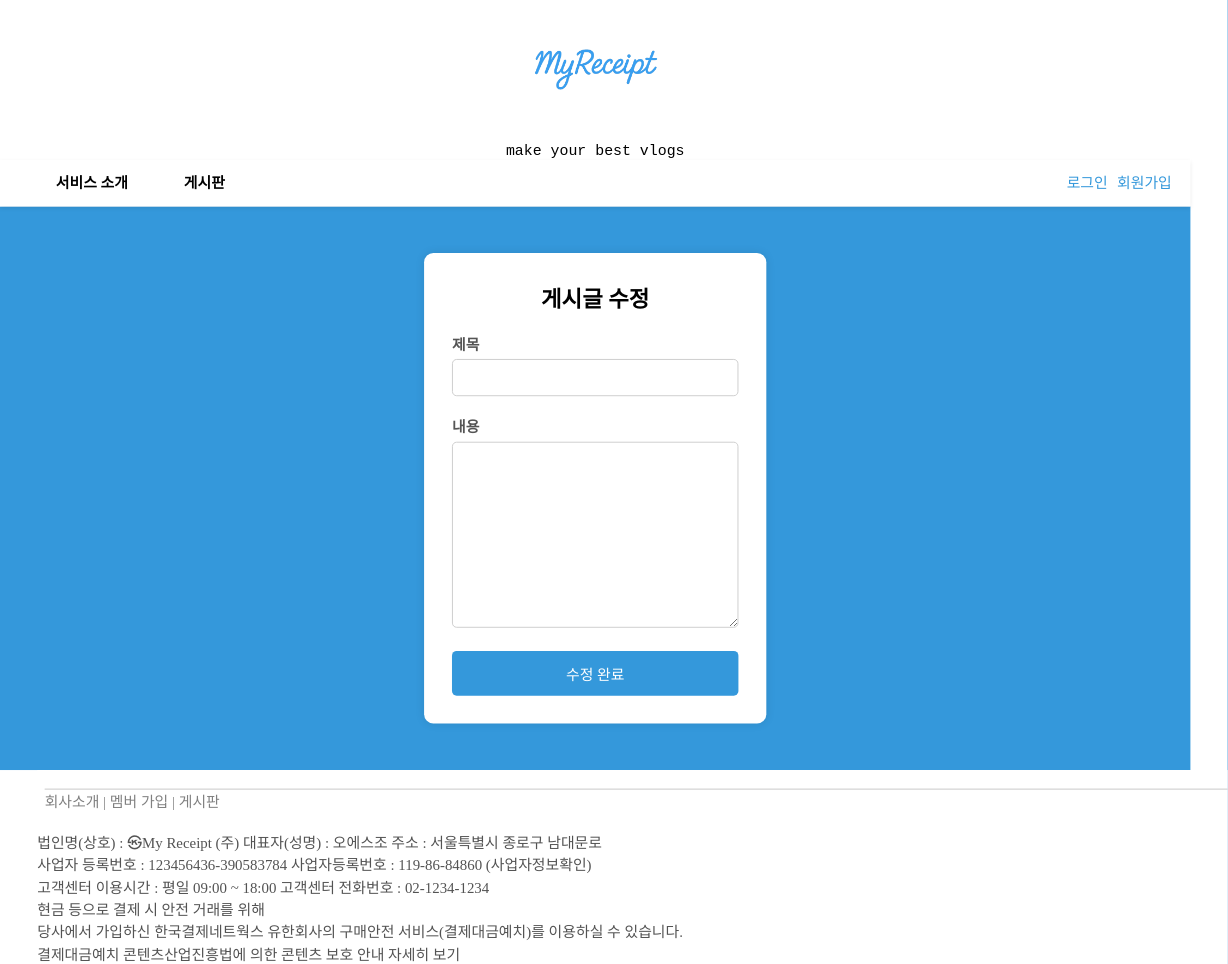
Repository: shong69/mini-project
Page: http://localhost/myReceipt2/WEB-INF/views/update.jsp
These files come from the project's save history. The page is drawn as it stood at one moment and after the next save; the edit follows.
The browser window is 1280 px wide. The page is 1320 px wide, so the pictures cover 1320 px, including what lies to the right of the window. The pictures show the whole page, at 93% of full size.
Some web fonts or font styles are not loaded; a fallback is used. The page is served by Tomcat 10. Nobody is signed in. The template is opened directly, without the code that normally fills it, so the values that code supplies are empty.

Above is the page before, as saved 2025-05-06 20:08:06.

After the next save:
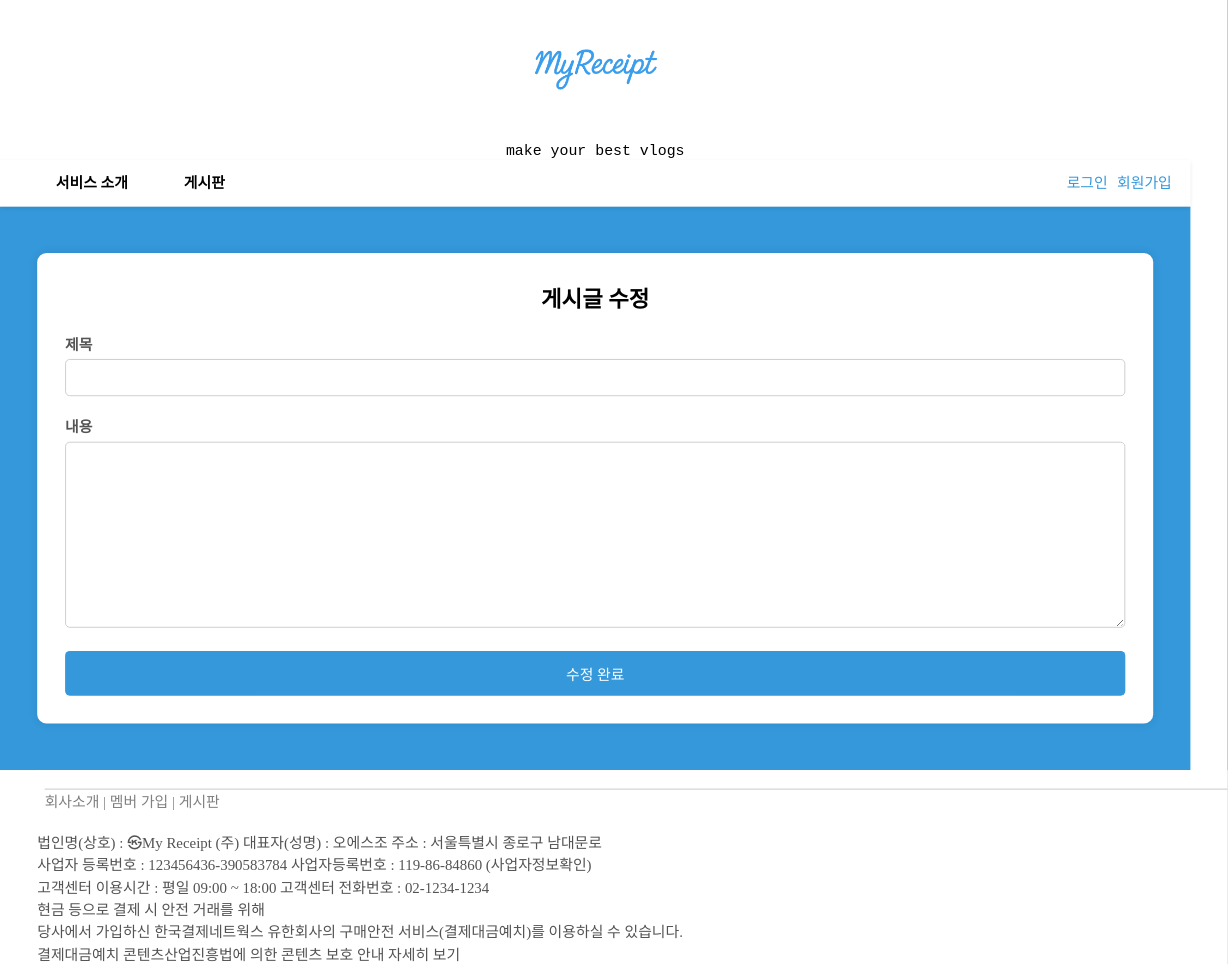
Saved 21 s later.
--- a/jspProject/myReceipt2/src/main/webapp/WEB-INF/views/update.jsp
+++ b/jspProject/myReceipt2/src/main/webapp/WEB-INF/views/update.jsp
@@ -9,7 +9,7 @@
 <link rel="stylesheet" type="text/css" href="resources/css/main.css">
 <style>
 .update-form {
-    max-width: 700px;
+    width: 1200px;
     margin: 50px auto;
     padding: 30px;
     background-color: #fff;
